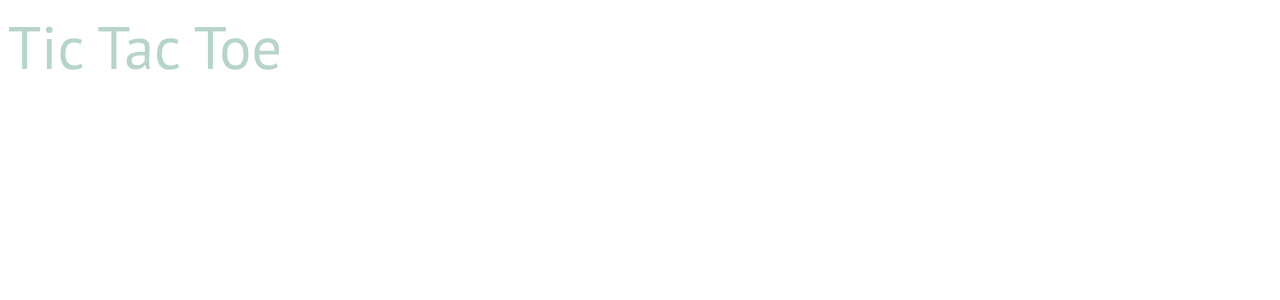
Repository: chin9/TicTacToe
Page: index.html
An editor plug-in stored every save of this project. The page is shown before and after the next save, followed by the edit.
The browser window is 1280 px wide. The pictures show the whole page.

Above is the page before, as saved 2021-05-12 13:36:17.

### index.html
<head>
    <link rel='stylesheet' href='style.css'>
</head>

<header>Tic Tac Toe</header>

### style.css
@import url('https://fonts.googleapis.com/css2?family=PT+Sans&display=swap');

header{
    font-family: 'PT Sans', sans-serif;
    font-size: 60px;
    color: rgb(182, 212, 203);
    text-shadow: slateblue;

}

After the next save:
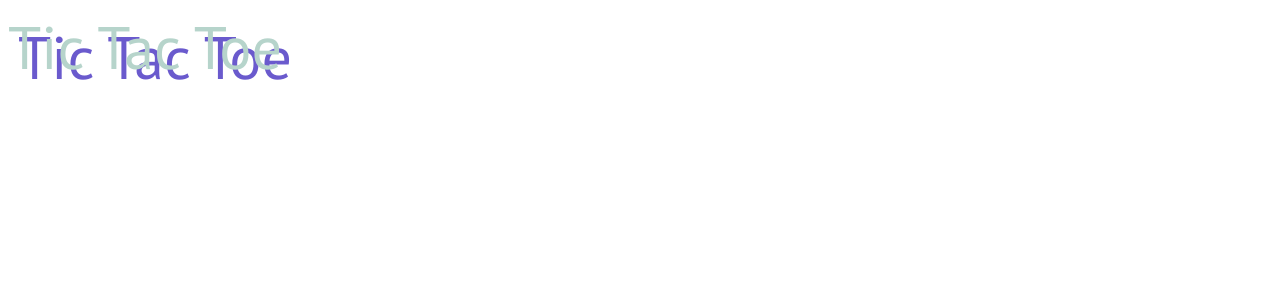
Saved 12 s later.
--- a/style.css
+++ b/style.css
@@ -4,6 +4,6 @@ header{
     font-family: 'PT Sans', sans-serif;
     font-size: 60px;
     color: rgb(182, 212, 203);
-    text-shadow: slateblue;
+    text-shadow: 10px 10px slateblue;
 
 }
